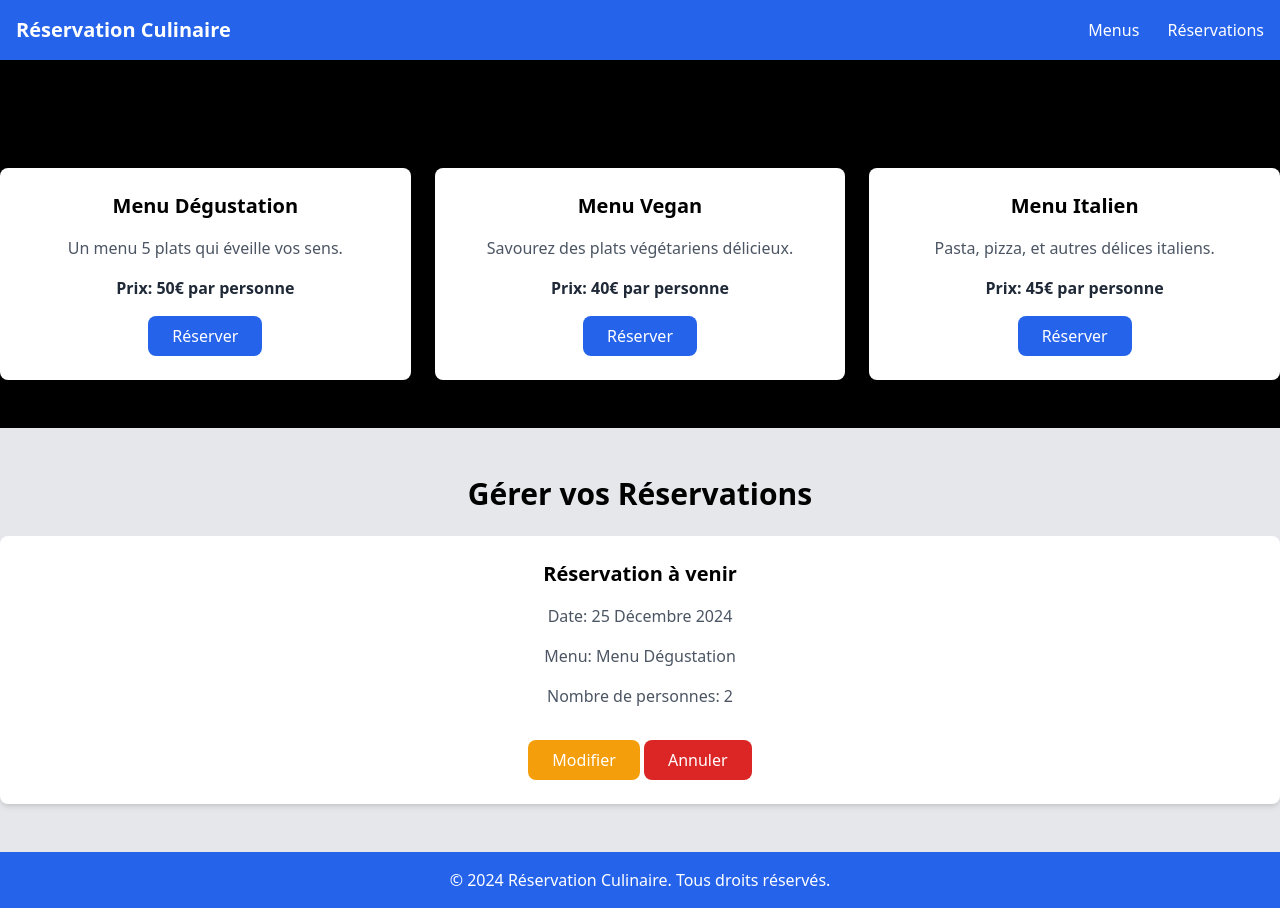
Repository: HamzaChehlaoui/Site-Web-pour-un-Chef-Cuisinier
Page: http://localhost/menuutil.php
These files come from the project's save history. The page is drawn as it stood at one moment and after the next save; the edit follows.
The browser window is 1280 px wide. The pictures show the whole page.
The page is run by PHP 8.4 with error messages shown; the project is at /var/www/html/.

Above is the page before, as saved 2024-12-18 16:50:09.

After the next save:
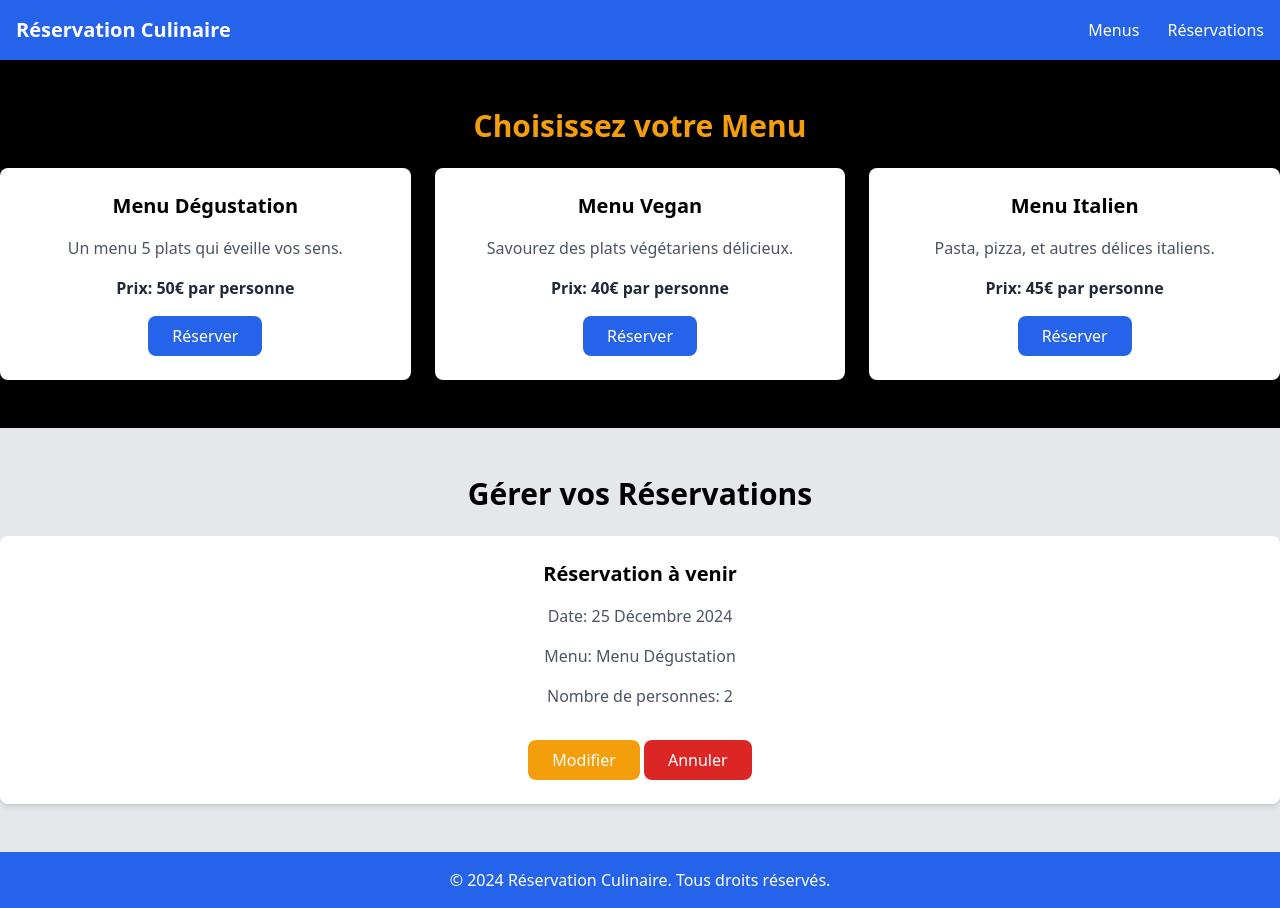
Saved 82 s later.
--- a/menuutil.php
+++ b/menuutil.php
@@ -22,7 +22,7 @@
     <!-- Menu Section -->
     <section id="menus" class="py-12">
         <div class="max-w-7xl mx-auto text-center">
-            <h2 class="text-3xl font-bold mb-6">Choisissez votre Menu</h2>
+            <h2 class="text-3xl font-bold mb-6 text-yellow-500">Choisissez votre Menu</h2>
             <div class="grid grid-cols-1 sm:grid-cols-2 lg:grid-cols-3 gap-6">
                 <!-- Menu 1 -->
                 <div class="bg-white p-6 rounded-lg shadow-md">
